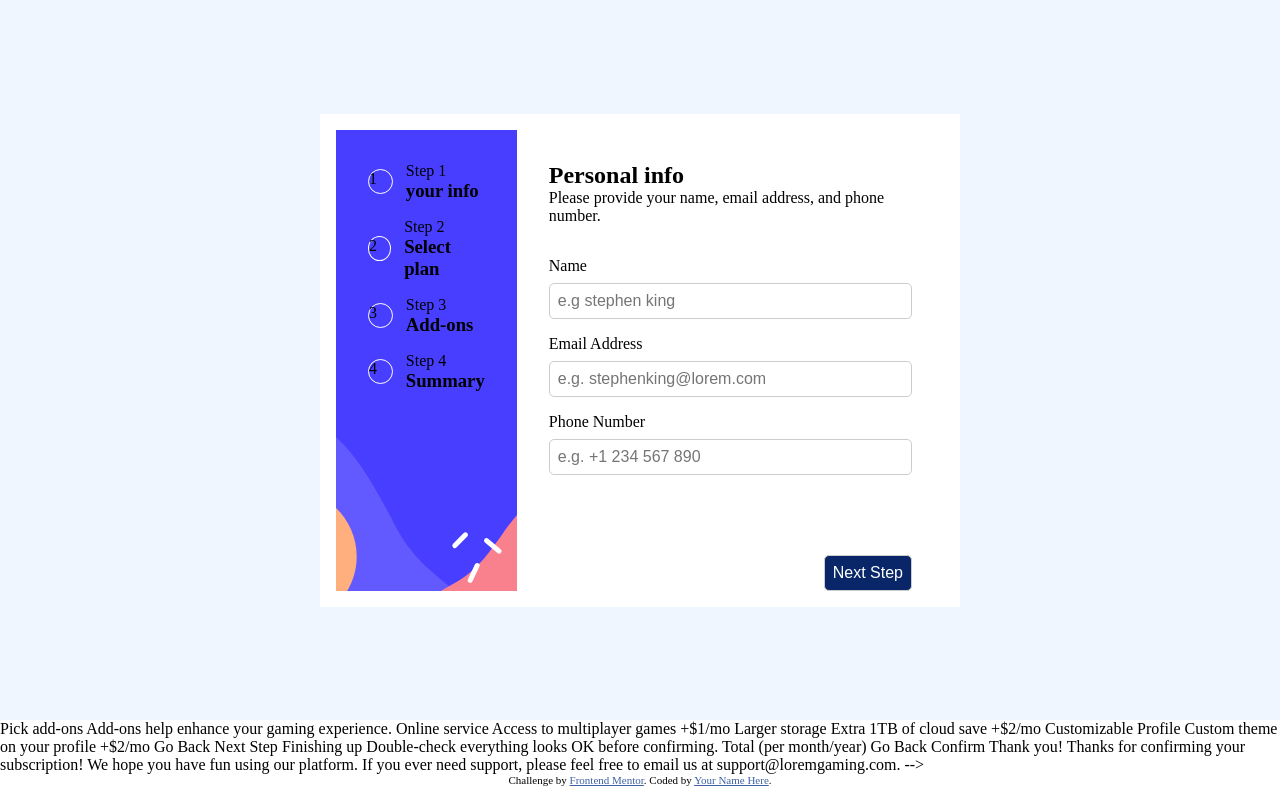
Repository: reemoon-ctrl/reemoon-ctrl.github.io
Page: index.html
These files come from the project's save history. The page is drawn as it stood at one moment and after the next save; the edit follows.
The browser window is 1280 px wide. The pictures show the whole page.

Above is the page before, as saved 2025-04-29 09:55:36.

### index.html
<!DOCTYPE html>
<html lang="en">

<head>
  <meta charset="UTF-8">
  <meta name="viewport" content="width=device-width, initial-scale=1.0">
  <!-- displays site properly based on user's device -->

  <link rel="icon" type="image/png" sizes="32x32" href="./assets/images/favicon-32x32.png">
  <link rel="stylesheet" href="./style.css">
  <title>Frontend Mentor | Multi-step form</title>

  <!-- Feel free to remove these styles or customise in your own stylesheet 👍 -->
  <style>
    .attribution {
      font-size: 11px;
      text-align: center;
    }

    .attribution a {
      color: hsl(219, 45%, 44%);
    }
  </style>
</head>

<body>
  <div class="containerCenter">
    <div class="container">
      <div class="sidebar">
        <ul class="sidebarList">
          <li class="sidebar_ele">
            <div>1</div>
            <div>
              <p>Step 1</p>
              <h3>your info</h3>
            </div>
          </li>
          <li class="sidebar_ele">
            <div>2</div>
            <div>
              <p> Step 2</p>
              <h3>Select plan</h3>
            </div>

          </li>
          <li class="sidebar_ele">
            <div>3</div>
            <div>
              <p>Step 3</p>
              <h3>Add-ons</h3>
            </div>
          </li>
          <li class="sidebar_ele">
            <div>4</div>
            <div>
              <p>Step 4</p>
              <h3>Summary</h3>
            </div>

          </li>
        </ul>
      </div>
      <div class="main">
        <div class="formHeader">
          <h2>Personal info</h2>
          <p>Please provide your name, email address, and phone number.
          </p>
        </div>
        <form class="formContainer">
          <div class="formLabelInput">
            <label for="name">Name</label>
            <input type="text" id="name" name="name" placeholder="e.g stephen king">
          </div>
          <div class="formLabelInput">
            <label for="email">Email Address</label>
            <input type="email" id="email" name="email" placeholder="e.g. stephenking@lorem.com">
          </div>
          <div class="formLabelInput">
            <label for="phone">Phone Number</label>
            <input type="tel" name="phone number" placeholder="e.g. +1 234 567 890">
          </div>
          <div id="nextStep">
            <!-- <label for="username">Username:</label> -->
            <button type="button" id="nextStepbtn" name="next step">Next Step</button>
          </div>
        </form>

        <!-- Step 1 end -->
      </div>

    </div>
  </div>

  <!-- Sidebar start -->



  <!-- Sidebar end -->



  <!-- Step 2 start -->
  <!--
  Select your plan
  You have the option of monthly or yearly billing.

  Arcade
  $9/mo

  Advanced
  $12/mo

  Pro
  $15/mo

  Monthly
  Yearly

  Go Back
  Next Step

  <!-- Step 2 end -->

  <!-- Step 3 start -->

  Pick add-ons
  Add-ons help enhance your gaming experience.

  Online service
  Access to multiplayer games
  +$1/mo

  Larger storage
  Extra 1TB of cloud save
  +$2/mo

  Customizable Profile
  Custom theme on your profile
  +$2/mo

  Go Back
  Next Step

  <!-- Step 3 end -->

  <!-- Step 4 start -->

  Finishing up
  Double-check everything looks OK before confirming.

  <!-- Dynamically add subscription and add-on selections here -->

  Total (per month/year)

  Go Back
  Confirm

  <!-- Step 4 end -->

  <!-- Step 5 start -->

  Thank you!

  Thanks for confirming your subscription! We hope you have fun
  using our platform. If you ever need support, please feel free
  to email us at support@loremgaming.com. -->

  <!-- Step 5 end -->

  <div class="attribution">
    Challenge by <a href="https://www.frontendmentor.io?ref=challenge" target="_blank">Frontend Mentor</a>.
    Coded by <a href="#">Your Name Here</a>.
  </div>
</body>

</html>

### style.css
*{
    padding: 0;
    margin: 0;
    box-sizing:border-box;
}
.container{
    background: #ffffff;
    display: grid;
    grid-template-columns: 1fr 3fr;
    padding: 1rem;
    width:50%;
    height:fit-content;
    align-items: center;
    justify-content: center;
    align-content: center;;
    justify-items:center ;
    z-index: 100;
    /* margin-top: 25%; */
}
.containerCenter{
    height:100vh;
    display: flex;
    justify-content: center;
    align-items: center;
    align-content: center;
    background-color: #f0f6ff;

}
.main{
    padding: 2rem 2rem 0 2rem;
    display: grid;
}
.sidebar{
    height:100% ;
    padding: 2rem;
    background:no-repeat url(./assets/images/bg-sidebar-desktop.svg) center ;
}
.sidebarList{
    list-style: none;
    display: flex;
    flex-direction: column;
    gap: 1rem;
    justify-content: space-between;
    /* height: 100%; */
}
.sidebar_ele{
    display: flex;
    /* align-content:stretch; */
    gap: .8rem;
    align-items: center;
}
.sidebar_ele>div:first-child{
    width: 25px;
    height:25px;
    /* background-color: #adbeff; */
    border: 1px solid #ffffff;
    border-radius: 50%;
    /* text-align: center; */
    /* padding: 0 .5rem .3rem .5rem ; */
}
.formContainer{
    display: grid;
    grid-template-columns:1fr ;
    gap:1rem ;
}
.formHeader{
    padding-bottom: 2rem;
}
.formLabelInput{
    display: flex;
    flex-direction: column;
    gap:.5rem;
}
#nextStep{
    display: flex;
    justify-content:flex-end;
    align-items: center;
    /* background-color: #bff2f6; */
    padding-top: 4rem;
}
#nextStepbtn{
    padding: .5rem;
    border-radius: 5px;
    border: 1px solid #ccc;
    background-color: #092668;
    color: #fff;
    font-size: 1rem;
    /* color: #333; */
    cursor: pointer;
}
.formLabelInput>input{
    padding: .5rem;
    border-radius: 5px;
    border: 1px solid #ccc;
    background-color: #fff;
    font-size: 1rem;
    color: #333;
}

After the next save:
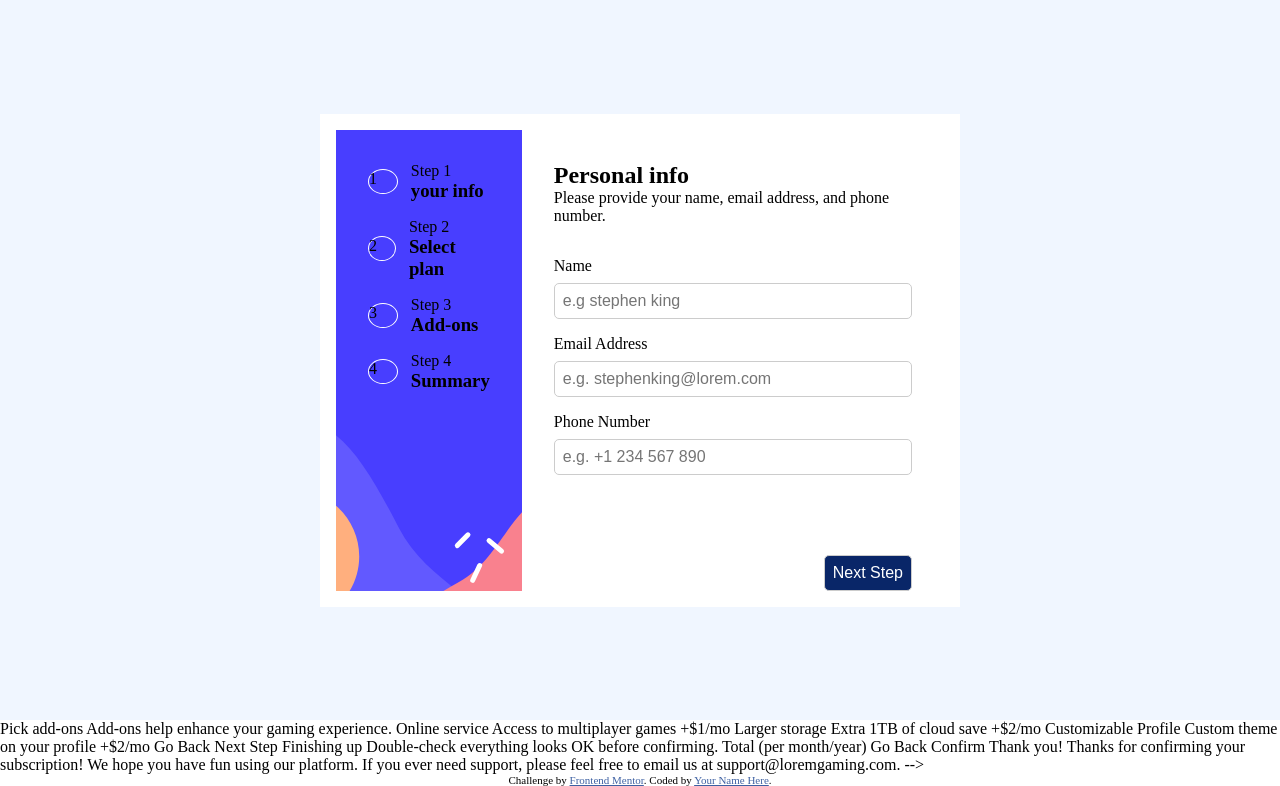
Saved 6 s later.
--- a/style.css
+++ b/style.css
@@ -50,7 +50,7 @@
     align-items: center;
 }
 .sidebar_ele>div:first-child{
-    width: 25px;
+    width: 30px;
     height:25px;
     /* background-color: #adbeff; */
     border: 1px solid #ffffff;
